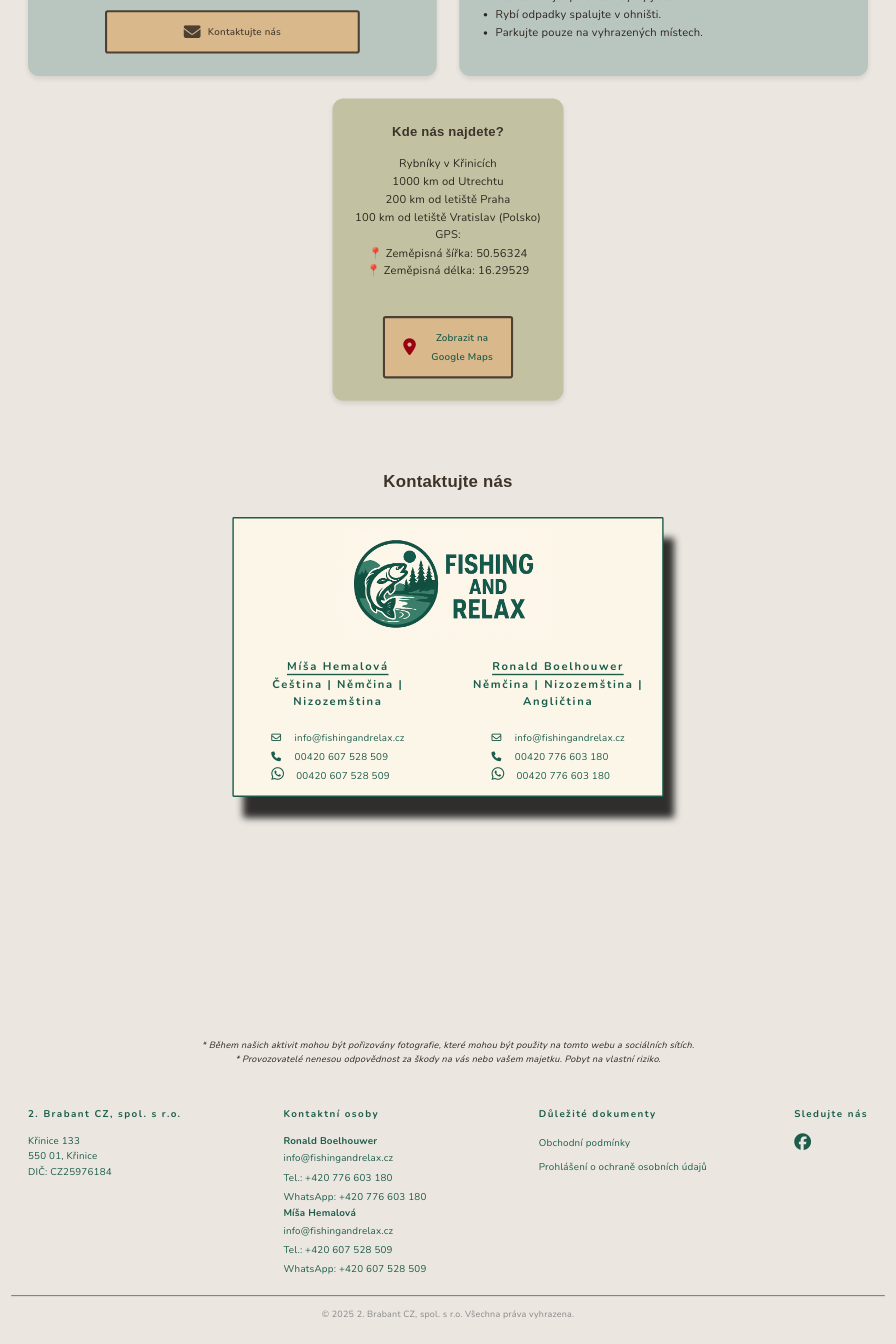
Repository: DanielleFiene/FishingAndRelax
Page: cz/relaks.html
The author's editor kept a copy of each file at every save. The page is drawn from the files as they stood at one save, then again after the next save.
The browser window is 1280 px wide. The pictures show the part of the page from y = 2171 to 4091 px (the page is 4091 px tall), at 70% of full size.
Some web fonts or font styles are not loaded; a fallback is used. Some web libraries are served in a nearby version.

Above is the page before, as saved 2025-07-21 13:02:40.

### cz/relaks.html
<!DOCTYPE html>
<html lang="cs">
<head>
    <meta charset="UTF-8">
    <meta name="viewport" content="width=device-width, initial-scale=1.0">
    <meta http-equiv="X-UA-Compatible" content="ie=edge">
    <meta name="author" content="Danielle Fiene">
    <meta name="description" content="Rybaření a relaxace u přírodních rybníků v České republice s hostiteli, kteří mluví německy, anglicky, česky a nizozemsky.">
    <meta name="keywords" content="přírodní rybníky Česká republika, lov kaprů, lov pstruhů, dovolená v přírodě, rekreační ubytování, dovolená Česko, přírodní útočiště, rybářská dovolená, ubytování pro rodiny, soukromé rybářské revíry, víkendové pobyty Česko, ubytování vhodné pro rodiny, chaty, apartmány Česko">
    <link rel="apple-touch-icon" sizes="180x180" href="">
    <link rel="icon" type="image/png" sizes="32x32" href="">
    <link rel="icon" type="image/png" sizes="16x16" href="">
    <script src="https://kit.fontawesome.com/56e9e1144f.js" crossorigin="anonymous"></script>
    <link href="../resources/CSS/normalize.css" rel="stylesheet" type="text/css">
    <link rel="stylesheet" href="../resources/CSS/styleVissen.css" type="text/css">
    <title>FishingAndRelax.cz | Rybolov a přírodní pobyty v České republice</title>
</head>

<body>
<main>
<!-- header -->
<header class="header" id="header">
  <nav class="nav container">
    <div class="nav__left">
      <div class="nav__logo">
        <a href="./index.html" class="logo-link"><img src="../resources/Images/logo/final rechthoek.png" alt="Logo Fishing And Relax.cz" class="logo"></a>
      </div>
    </div>

    <div class="nav__center">
      <div class="nav__hamburger" id="hamburger-icon">
        <i class="fas fa-bars"></i>
      </div>

      <div class="nav__menu" id="nav-menu">
        <ul class="nav__list">
          <li class="nav__item"><a href="./rybareni.html" class="nav__link">Rybaření</a></li>
          <li class="nav__item"><a href="./relaks.html" class="nav__link">Odpočinek</a></li>
          <li class="nav__item"><a href="./novinky.html" class="nav__link">Novinky a aktualizace</a></li>
          <li class="nav__item"><a href="./ceny.html" class="nav__link">Ceny a podmínky</a></li>
          <li class="nav__item"><a href="./kontakt.html" class="nav__link">Kontakt</a></li>
        </ul>
      </div>
    </div>

    <div class="nav__right">
      <div class="nav__flags">
        <a href="../en/index.html" class="lang-option"><img src="../resources/Images/Flag_of_the_United_Kingdom.svg.webp" alt="English"></a>
        <a href="../cz/index.html" class="lang-option"><img src="../resources/Images/Flag_of_the_Czech_Republic.svg.png" alt="Czech"></a>
        <a href="../de/index.html" class="lang-option"><img src="../resources/Images/Flag_of_Germany.svg.png" alt="Deutsch"></a>
        <a href="../pl/index.html" class="lang-option"><img src="../resources/Images/Flag_of_Poland.svg.png" alt="Polski"></a>
        <a href="../nl/index.html" class="lang-option"><img src="../resources/Images/Flag_of_the_Netherlands.svg.webp" alt="Nizozemština"></a>
      </div>
    </div>
  </nav>
</header>

<!-- Hero Section -->
<section class="hero" id="hero">
  <img src="../resources/Images/Overzicht1.webp" alt="Hlavní obrázek" class="hero__image" />
  <div class="hero__content container">
    <!-- Tvoje obsah zde -->
  </div>
</section>

<!-- Úvodní text -->
<section class="start-text section" id="start-text">
  <div class="start-text__container container">
    <h2 class="start-text__title">Rybolov kaprů a pstruhů duhových</h2>
    <div class="start-text__intro">
      <p class="start-text__description">
        Lovte kapry a pstruhy v našich přírodních rybnících v České republice. Vyberte si mezi <strong>denní, víkendovou nebo týdenní povolenkou</strong>. Objednávky online nejsou možné – kontaktujte nás pro rezervaci.
      </p>
      <p class="start-text__description">
        Můžete použít <strong>vlastní prut</strong> nebo si jej <strong>za malý poplatek půjčit</strong>. <strong>Bezprotiháčkové háčky jsou povinné</strong> a respekt k přírodě a rybám je nezbytný. <strong>Chyť a pusť je samozřejmě povoleno.</strong>
      </p>
      <p class="start-text__description">
        Ulovené ryby si můžete <strong>připravit přímo na místě</strong> (poplatek za kilo/rybu). <strong>Rozdělat oheň</strong> a použít <strong>udírnu</strong> – vše je možné pro opravdový outdoorový zážitek.
      </p>
      <p class="start-text__description">
        Máme otevřeno od <strong>dubna do října</strong>, <strong>denně od 8:00 do 20:00</strong>.
      </p>
    </div>

    <div class="start-text__image-wrapper">
      <img src="../resources/Images/karper.jpg" alt="Kapr" class="start-text__image" />
    </div>
  </div>
</section>

<!-- Informace o relaxaci -->
<section class="viskaarten section" id="relaxinfo">
  <div class="viskaarten__container container">
    <div class="viskaarten__intro">
      <h2 class="viskaarten__title">Praktické informace pro vaši relaxační dovolenou</h2>
      <p class="viskaarten__description">Zde najdete vše, co potřebujete vědět pro bezstarostný a klidný pobyt.</p>
    </div>

    <div class="viskaarten__cards grid">
      <div class="viskaarten__card">
        <h3 class="viskaarten__card-title">Ceník & Informace 2025</h3>
        <ul class="viskaarten__list">
          <li><strong>Malý stan (2 osoby):</strong> 375 CZK za noc</li>
          <li><strong>Velký stan (2 osoby):</strong> 625 CZK za noc</li>
          <li><strong>Další osoba:</strong> 125 CZK za noc</li>
          <li><strong>Chata (4 osoby):</strong> 1250 CZK za noc</li>
          <li><strong>Chata (týden):</strong> 8750 CZK za týden</li>
        </ul>
        <a href="./kontakt.html" target="_blank" class="viskaarten__card-button" id="cardbutton"><i class="fa-solid fa-envelope" id="iconhome"></i>Kontaktujte nás</a>
      </div>

      <div class="viskaarten__card">
        <h3 class="viskaarten__card-title">Pravidla pro relaxaci</h3>
        <ul class="viskaarten__list">
          <li>Nacházíte se v chráněné přírodní oblasti. Chovejte se k okolí s respektem.</li>
          <li>Není dovoleno pouštět hlasitou hudbu, ani pokud jste jediný host.</li>
          <li>Ohniště a udírna jsou zdarma k dispozici.</li>
          <li>Vlastní ohniště není povoleno.</li>
          <li>Místo na stanování přidělují provozovatelé.</li>
          <li>Pokud si pronajmete chatičku, opusťte ji prosím uklizenou.</li>
          <li>Poškození je třeba nahlásit provozovatelům. Ti rozhodnou o případném poplatku.</li>
          <li>Nepřibližujte se k elektrickému zařízení.</li>
          <li>Nenechávejte po sobě zbytky jídla.</li>
          <li>Rybí odpadky spalujte v ohništi.</li>
          <li>Parkujte pouze na vyhrazených místech.</li>
        </ul>
      </div>
   </div>
      <div class="viskaarten__card" id="viskaarten__locatie">
        <h3 class="viskaarten__card-title">Kde nás najdete?</h3>
        <p>Rybníky v Křinicích</p>
        <p>1000 km od Utrechtu<br>200 km od letiště Praha<br>100 km od letiště Vratislav (Polsko)</p>
        <p>GPS:<br>📍 Zeměpisná šířka: 50.56324<br>📍 Zeměpisná délka: 16.29529</p><br><br>
        <a href="https://www.google.com/maps?q=50.56324319957103,16.29528621984349" target="_blank" class="viskaarten__card-button">
          <i class="fa-solid fa-map-marker-alt"></i> Zobrazit na Google Maps
        </a>
      </div>

  </div>
</section>

<!-- Kontakt -->
<h2 class="contact__title">Kontaktujte nás</h2>
<section class="contact container">
  <div class="contact-box">
    <img src="../resources/Images/logo/final rechthoek cropped.png" alt="Logo">

    <div class="person-cards-wrapper">
      <div class="person-card">
        <h4><span class="underline-name">Míša Hemalová</span><br> Čeština | Němčina | Nizozemština</h4>
        <div class="contact-details">
          <p><a href="mailto:info@fishingandrelax.cz"><i class="fa-regular fa-envelope logo-icon"></i> info@fishingandrelax.cz</a></p>
          <p><a href="tel:+420607528509"><i class="fa-solid fa-phone logo-icon"></i> 00420 607 528 509</a></p>
          <p><a href="https://wa.me/420607528509"><i class="fa-brands fa-whatsapp logo-icon"></i> 00420 607 528 509</a></p>
        </div>
      </div>

      <div class="person-card">
        <h4><span class="underline-name">Ronald Boelhouwer</span><br> Němčina | Nizozemština | Angličtina</h4>
        <div class="contact-details">
          <p><a href="mailto:info@fishingandrelax.cz"><i class="fa-regular fa-envelope logo-icon"></i> info@fishingandrelax.cz</a></p>
          <p><a href="tel:+420776603180"><i class="fa-solid fa-phone logo-icon"></i> 00420 776 603 180</a></p>
          <p><a href="https://wa.me/420776603180"><i class="fa-brands fa-whatsapp logo-icon"></i> 00420 776 603 180</a></p>
        </div>
      </div>
    </div>
  </div>
</section>

<!-- Upozornění -->
<div class="disclaimer">
  <div class="disclaimer__container">
<p class="disclaimer__text">
  * Během našich aktivit mohou být pořizovány fotografie, které mohou být použity na tomto webu a sociálních sítích.<br>
  * Provozovatelé nenesou odpovědnost za škody na vás nebo vašem majetku. Pobyt na vlastní riziko.
</p>
  </div>
</div>

<!-- Footer -->
<footer class="footer">
  <div class="footer__container container">
    <div class="footer__company">
      <h4>2. Brabant CZ, spol. s r.o.</h4>
      <p>Křinice 133</p>
      <p>550 01, Křinice</p>
      <p>DIČ: CZ25976184</p>
    </div>

    <div class="footer__contact">
      <h4>Kontaktní osoby</h4>
      <p><strong>Ronald Boelhouwer</strong><br>
        <a href="mailto:info@fishingandrelax.cz">info@fishingandrelax.cz</a><br>
        Tel.: <a href="tel:+420776603180">+420 776 603 180</a><br>
        WhatsApp: <a href="https://wa.me/420776603180" target="_blank">+420 776 603 180</a>
      </p>
      <p><strong>Míša Hemalová</strong><br>
        <a href="mailto:info@fishingandrelax.cz">info@fishingandrelax.cz</a><br>
        Tel.: <a href="tel:+420607528509">+420 607 528 509</a><br>
        WhatsApp: <a href="https://wa.me/420607528509" target="_blank">+420 607 528 509</a>
      </p>
    </div>

    <div class="footer__links">
      <h4>Důležité dokumenty</h4>
      <ul>
        <li><a href="../resources/PDF/general-conditions-cs.pdf" target="_blank" rel="noopener noreferrer">Obchodní podmínky</a></li>
        <li><a href="../resources/PDF/privacy-policy-cs.pdf" target="_blank" rel="noopener noreferrer">Prohlášení o ochraně osobních údajů</a></li>
      </ul>
    </div>

    <div class="footer__social">
      <h4>Sledujte nás</h4>
      <a href="https://facebook.com/share/1BcMVMxNSM/?mibexid=wwXlfr" target="_blank" rel="noopener noreferrer" aria-label="Facebook">
        <i class="fa-brands fa-facebook"></i>
      </a>
    </div>
  </div>

  <div class="footer__copyright">
    <p>&copy; 2025 2. Brabant CZ, spol. s r.o. Všechna práva vyhrazena.</p>
  </div>
</footer>
</main>
<script src="../resources/JS/hamburger.js"></script>
</body>
</html>

Loaded but not shown: resources/CSS/normalize.css (library); resources/JS/hamburger.js (15 lines, source omitted); resources/CSS/styleVissen.css (991 lines, source omitted)

After the next save:
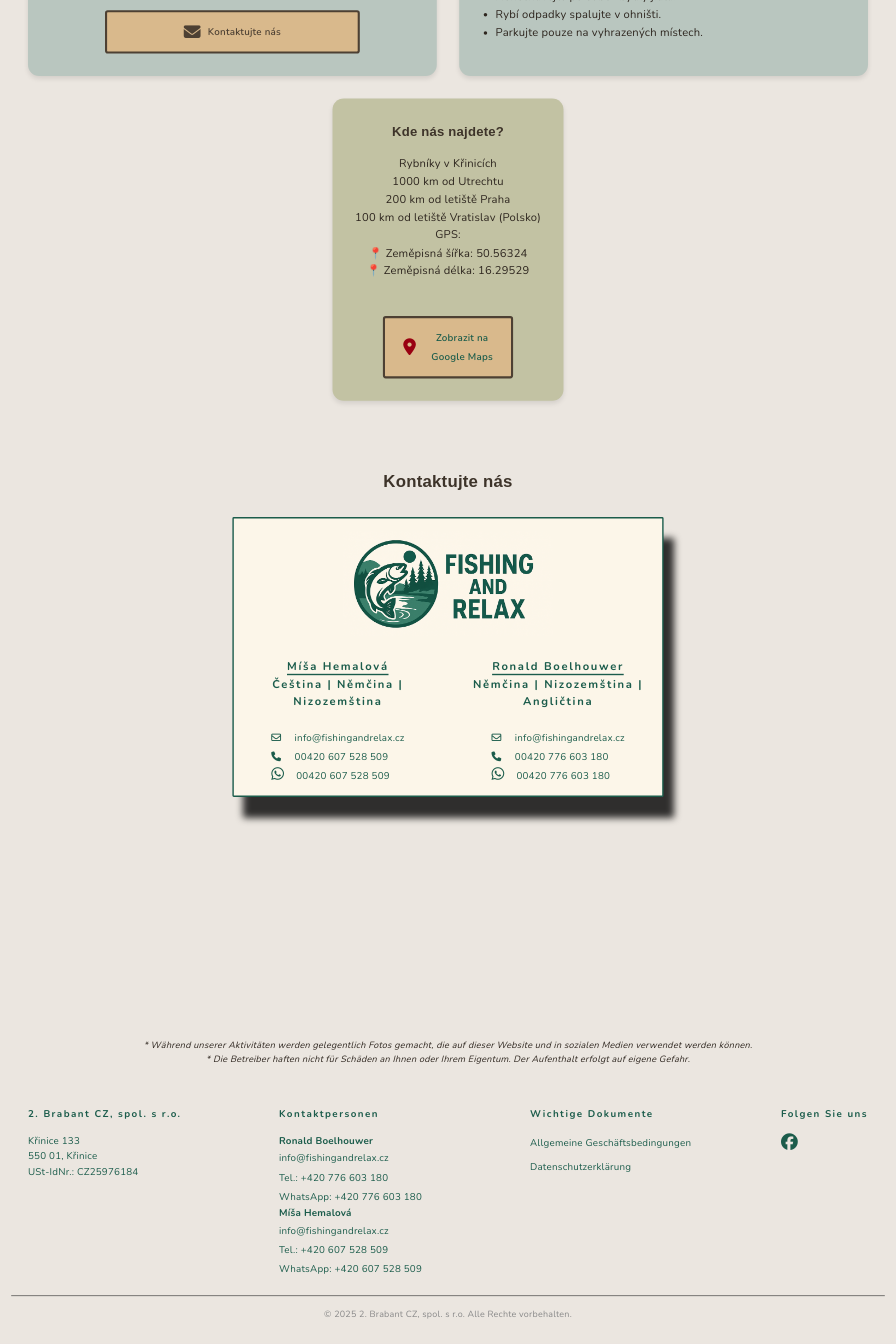
Saved 17 s later.
--- a/cz/relaks.html
+++ b/cz/relaks.html
@@ -167,12 +167,12 @@
   </div>
 </section>
 
-<!-- Upozornění -->
+<!--=====================Disclaimer fotos maken===================-->
 <div class="disclaimer">
   <div class="disclaimer__container">
 <p class="disclaimer__text">
-  * Během našich aktivit mohou být pořizovány fotografie, které mohou být použity na tomto webu a sociálních sítích.<br>
-  * Provozovatelé nenesou odpovědnost za škody na vás nebo vašem majetku. Pobyt na vlastní riziko.
+  * Während unserer Aktivitäten werden gelegentlich Fotos gemacht, die auf dieser Website und in sozialen Medien verwendet werden können. <br>
+  * Die Betreiber haften nicht für Schäden an Ihnen oder Ihrem Eigentum. Der Aufenthalt erfolgt auf eigene Gefahr.
 </p>
   </div>
 </div>
@@ -184,11 +184,11 @@
       <h4>2. Brabant CZ, spol. s r.o.</h4>
       <p>Křinice 133</p>
       <p>550 01, Křinice</p>
-      <p>DIČ: CZ25976184</p>
+      <p>USt-IdNr.: CZ25976184</p>
     </div>
 
     <div class="footer__contact">
-      <h4>Kontaktní osoby</h4>
+      <h4>Kontaktpersonen</h4>
       <p><strong>Ronald Boelhouwer</strong><br>
         <a href="mailto:info@fishingandrelax.cz">info@fishingandrelax.cz</a><br>
         Tel.: <a href="tel:+420776603180">+420 776 603 180</a><br>
@@ -202,15 +202,15 @@
     </div>
 
     <div class="footer__links">
-      <h4>Důležité dokumenty</h4>
+      <h4>Wichtige Dokumente</h4>
       <ul>
-        <li><a href="../resources/PDF/general-conditions-cs.pdf" target="_blank" rel="noopener noreferrer">Obchodní podmínky</a></li>
-        <li><a href="../resources/PDF/privacy-policy-cs.pdf" target="_blank" rel="noopener noreferrer">Prohlášení o ochraně osobních údajů</a></li>
+        <li><a href="../resources/PDF/general-conditions-cs.pdf" target="_blank" rel="noopener noreferrer">Allgemeine Geschäftsbedingungen</a></li>
+        <li><a href="../resources/PDF/Privacy policy 2.0 CS.pdf" target="_blank" rel="noopener noreferrer">Datenschutzerklärung</a></li>
       </ul>
     </div>
 
     <div class="footer__social">
-      <h4>Sledujte nás</h4>
+      <h4>Folgen Sie uns</h4>
       <a href="https://facebook.com/share/1BcMVMxNSM/?mibexid=wwXlfr" target="_blank" rel="noopener noreferrer" aria-label="Facebook">
         <i class="fa-brands fa-facebook"></i>
       </a>
@@ -218,10 +218,11 @@
   </div>
 
   <div class="footer__copyright">
-    <p>&copy; 2025 2. Brabant CZ, spol. s r.o. Všechna práva vyhrazena.</p>
+    <p>&copy; 2025 2. Brabant CZ, spol. s r.o. Alle Rechte vorbehalten.</p>
   </div>
 </footer>
-</main>
+</div>
+
 <script src="../resources/JS/hamburger.js"></script>
 </body>
 </html>
